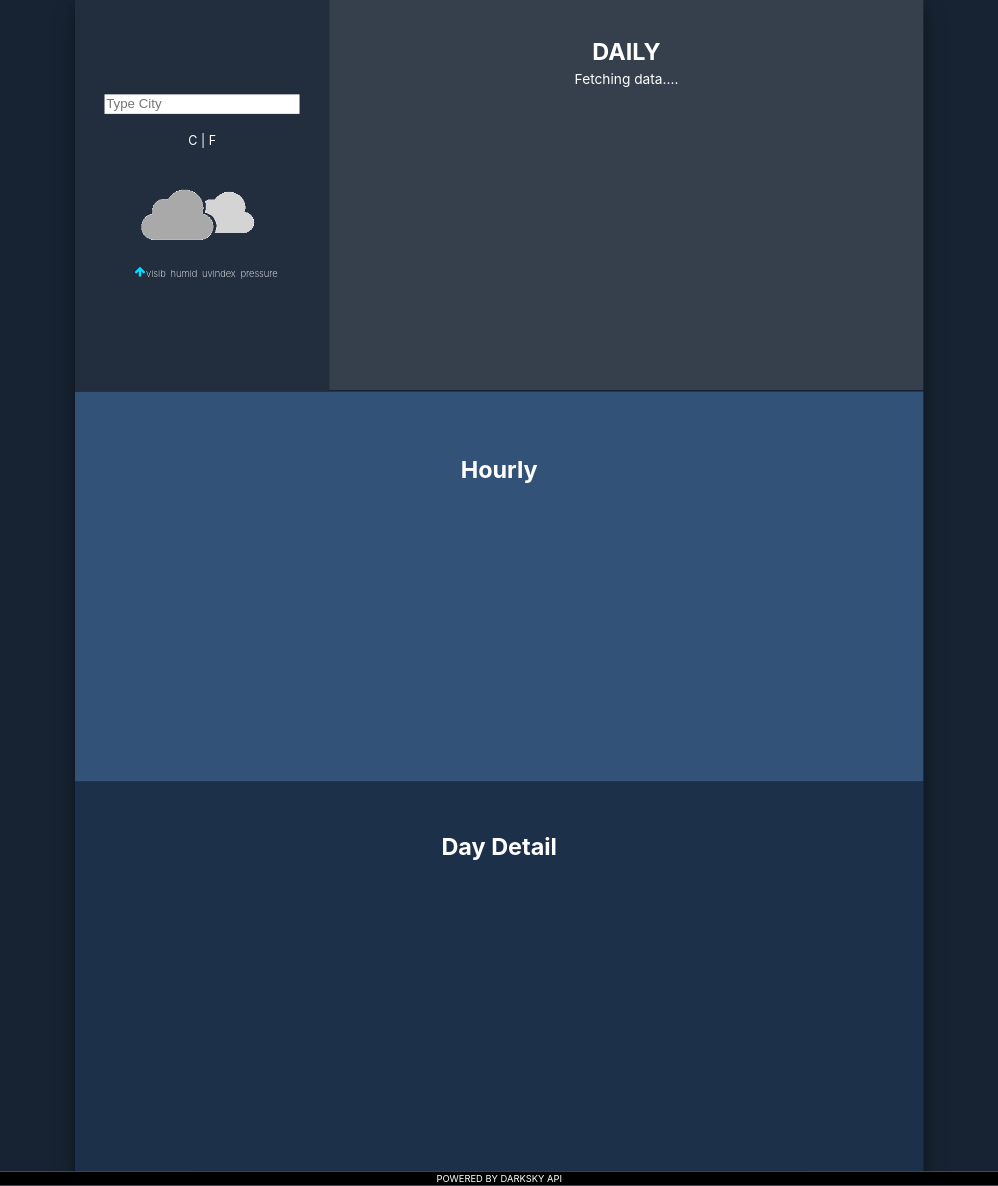
Repository: DOODpls/assignment3_weather
Page: index.html
These files come from the project's save history. The page is drawn as it stood at one moment and after the next save; the edit follows.
The browser window is 1280 px wide. The pictures show the whole page, at 78% of full size.
Some web fonts or font styles are not loaded; a fallback is used. Some web libraries are served in a nearby version.

Above is the page before, as saved 2020-01-07 21:57:27.

After the next save:
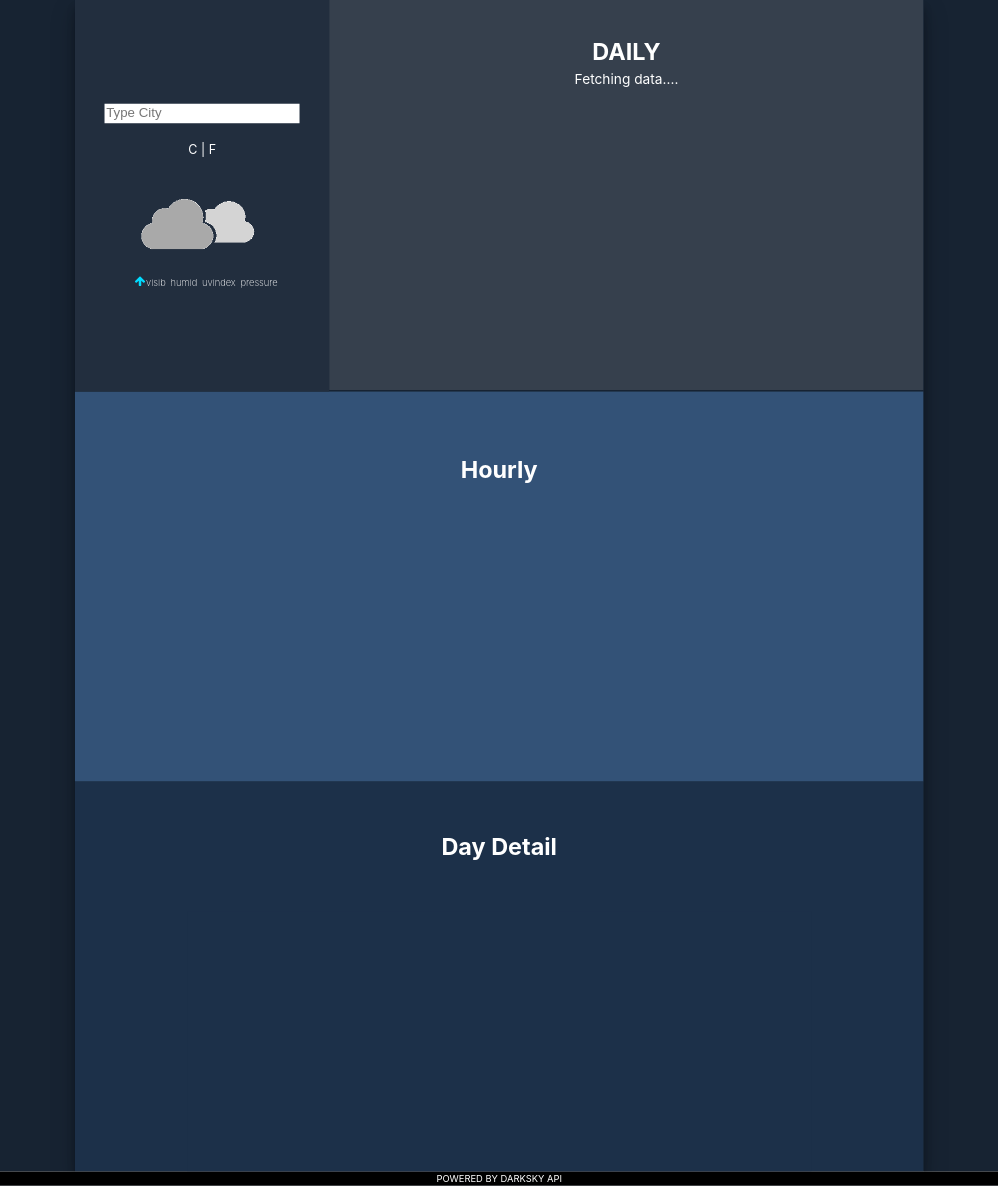
Saved 11 min 40 s later.
--- a/styles.css
+++ b/styles.css
@@ -29,12 +29,6 @@
   align-items: center;
   overflow: hidden;
   position: relative;
-}
-.searchbutton{
-  position: absolute;
-  top: 20px;
-  right: 20px;
-  font-size: 27px;
 }
 .unitswitcher{
   color: white;
@@ -142,8 +136,18 @@
   align-items: center;
   position: relative;
 }
-
-
+.city-text{
+  border-radius: 0px;
+  width: 250px;
+  height: 25px;
+  font-family: Arial, Helvetica, sans-serif;
+  font-size: 17px;
+  color: #555;
+  border: none;
+  box-sizing: border-box;
+  position: relative;
+  top: -22px;
+}
 .sub-info{
   display: flex;
   justify-content: space-around;
@@ -427,24 +431,6 @@
     width: 90%;
   }
 }
-@media (min-width:500px){
-  .city-text{
-    border-radius: 0px;
-    width: 250px;
-    height: 25px;
-    font-family: Arial, Helvetica, sans-serif;
-    font-size: 17px;
-    color: #555;
-    border: none;
-    box-sizing: border-box;
-    position: relative;
-    top: -22px;
-    right: 0;
-  }
-  .searchbutton{
-    visibility: hidden;
-  }
-}
 @media (max-width:500px){
   .city-text{
     position: absolute;
@@ -452,9 +438,10 @@
     right: -250px;
   }
 }
-.city-text-appear{
-  right: 60px;
-  transition: 0.5s;
+@media (max-width:260px){
+  .city-text{
+    width: 100%;
+  }
 }
 .foooterrr{
   background-color: black;
